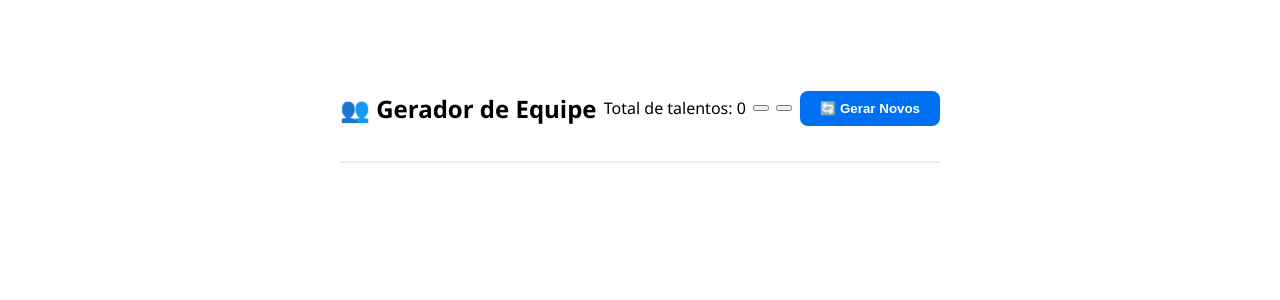
Repository: andrMiotto/Gerador-de-Equipe-Dinamico-React
Page: / (app in vite-project/)
The author's editor kept a copy of each file at every save. The page is drawn from the files as they stood at one save, then again after a run of saves.
The browser window is 1280 px wide. The pictures show the whole page.
The page's requests for data from a server got no answer. The project was rebuilt for these pictures with package versions that can differ from the ones it lists, and the page was loaded fresh each time. No one was signed in, and anything a server would have sent is missing. Also part of the build but not shown: vite-project/vite.config.js.

Above is the page before, as saved 2026-03-24 21:17:21.

After the next 2 saves:
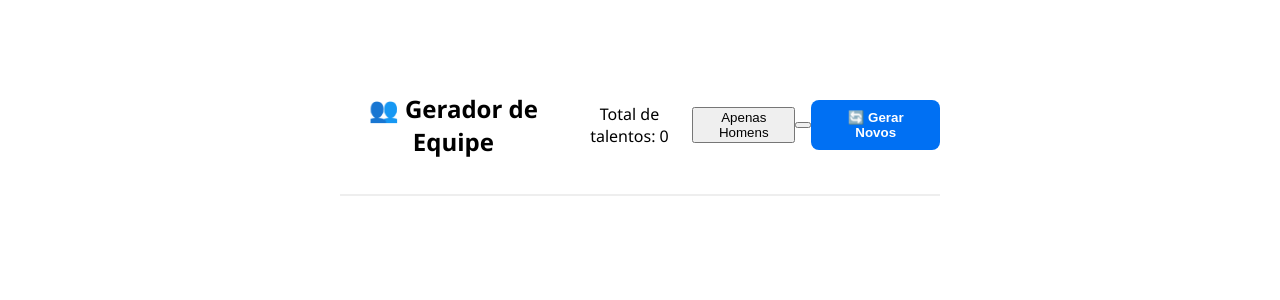
The 2 saves are shown as one change because they came seconds apart.
The last was saved 6 s later.
--- a/vite-project/src/components/UserGenerator.jsx
+++ b/vite-project/src/components/UserGenerator.jsx
@@ -29,7 +29,7 @@ export default function UserGenerator() {
             <header className="user-header">
                 <h2>👥 Gerador de Equipe</h2>
                 <span>Total de talentos: {talentos}</span>
-                <button></button>
+                <button>Apenas Homens</button>
                 <button></button>
                 <button
                     onClick={() => {
